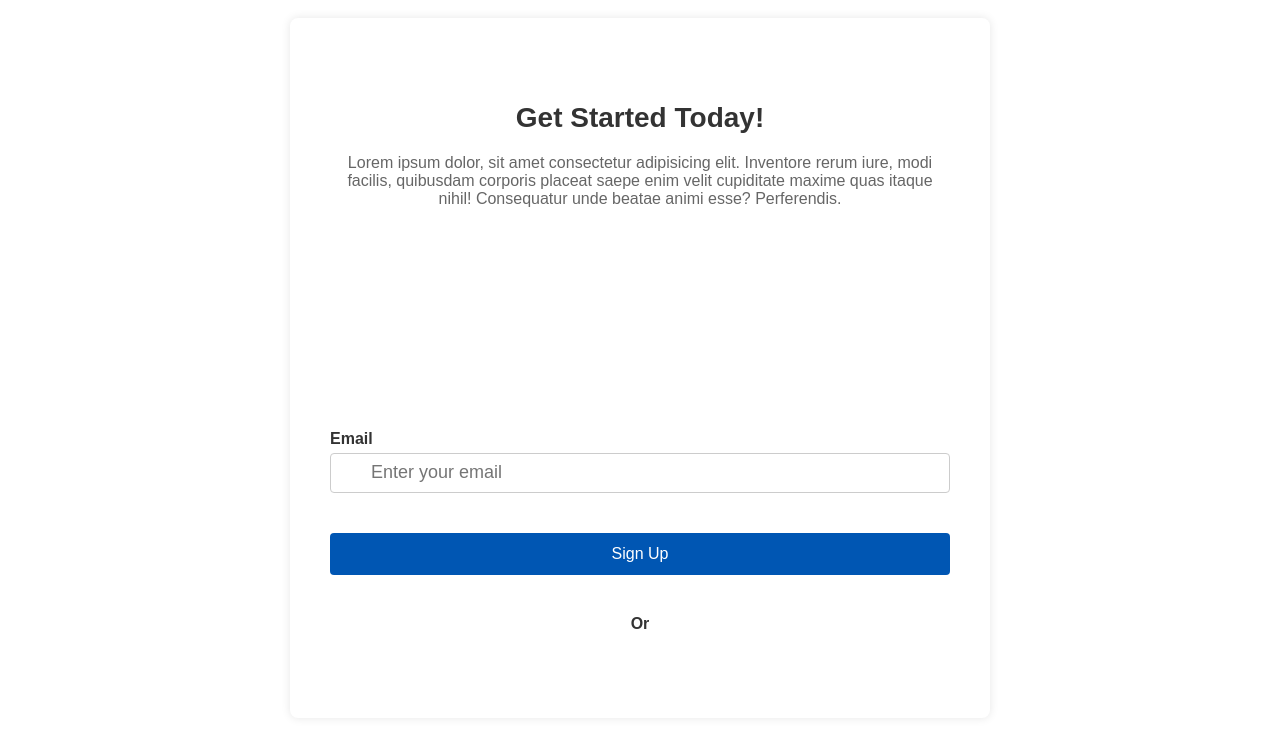
Repository: Femi007-gh/LOGIN-INTERFACE
Page: index.html
An editor plug-in stored every save of this project. The page is shown before and after a run of saves, followed by the edit.
The browser window is 1280 px wide. The pictures show the whole page.

Above is the page before, as saved 2025-01-21 06:53:27.

### index.html
<html>
  <head>
    <title></title>
    <link rel="stylesheet" href="style.css">
  </head>
  <body>
    <div class="container">
      <div class="left-session">
        <div class="form-container">
          <h1>Get Started Today!</h1>
          <p>Lorem ipsum dolor, sit amet consectetur adipisicing elit. Inventore rerum iure, modi facilis, quibusdam corporis placeat saepe enim velit cupiditate maxime quas itaque nihil! Consequatur unde beatae animi esse? Perferendis.</p>
          <form>
            <div class="inter-group">
              <p>Email</p>
              <input type="email" id="email" placeholder="Enter your email" class="email">
            </div>
           <button class="primary-btn" type="submit">
              Sign Up
            </button>
            </form>
            <p class="divider">Or</p>
            <div class="social-buttons">

      </div>
      <div class="right-section"></div>
    </div>
  </body>
</html>

### style.css
body {
  font-family: Arial, sans-serif;
  display: flex;
  justify-content: center;
  align-items: center;
  height: 100vh;
}

.container {
  display: flex;
  width: 700px;
  height: 700px;
  background-color: white;
  border-radius: 8px;
  box-shadow: 0 0 10px rgba(0, 0, 0, 0.1);
}

.left-session {
  flex: 1;
  padding: 40px;
  display: flex;
  flex-direction: column;
  justify-content: center;
}

.form-container {
  text-align: center;
}

h1 {
  font-size: 28px;
  margin-bottom: 20px;
  color: #333;
  position
}

p {
  margin-bottom: 222;
  color: #666;
}

.inter-group {
  margin: 20px 0;
  text-align: left;
}

.inter-group p {
  margin-bottom: 5px;
  font-weight: bold;
  color: #333;
}

.input-wrapper {
  position: relative;
}

input[type="email"], input[type="text"] {
  width: 620px;
  height: 40px;
  border: 1px solid #ccc;
  border-radius: 4px;
  margin-bottom: 20px;
  padding-left: 40px;
  font-size: 18px;
}

.email-icon, .app-icon {
  position: absolute;
  left: 10px;
  top: 50%;
  transform: translateY(-50%);
  width: 20px;
  height: 20px;
}

.primary-btn {
  background-color: #0056b3;
  color: white;
  border: none;
  padding: 12px 20px;
  border-radius: 4px;
  cursor: pointer;
  font-size: 16px;
  width: 100%;
  display: flex;
  align-items: center;
  justify-content: center;
  transition: background-color 0.3s ease;
  margin-bottom: 40px;
}

.primary-btn:hover {
  background-color: #004494;
}

.primary-btn .message-icon {
  margin-right: 10px;
  width: 20px;
  height: 20px;
}

.divider {
  text-align: center;
  font-weight: bold;
  margin: 20px 0;
  color: #333;
}

.social-buttons {
  display: flex;
  flex-direction: column;
  gap: 15px;
}

.social-buttons .input-wrapper {
  background-color: transparent;
}

.center-text {
  text-align: center;
  margin-top: 20px;
  color: #333;
}

.center-text a {
  color: #0056b3;
  text-decoration: none;
  font-weight: bold;
}

.center-text a:hover {
  text-decoration: underline;
}

After the next 3 saves:
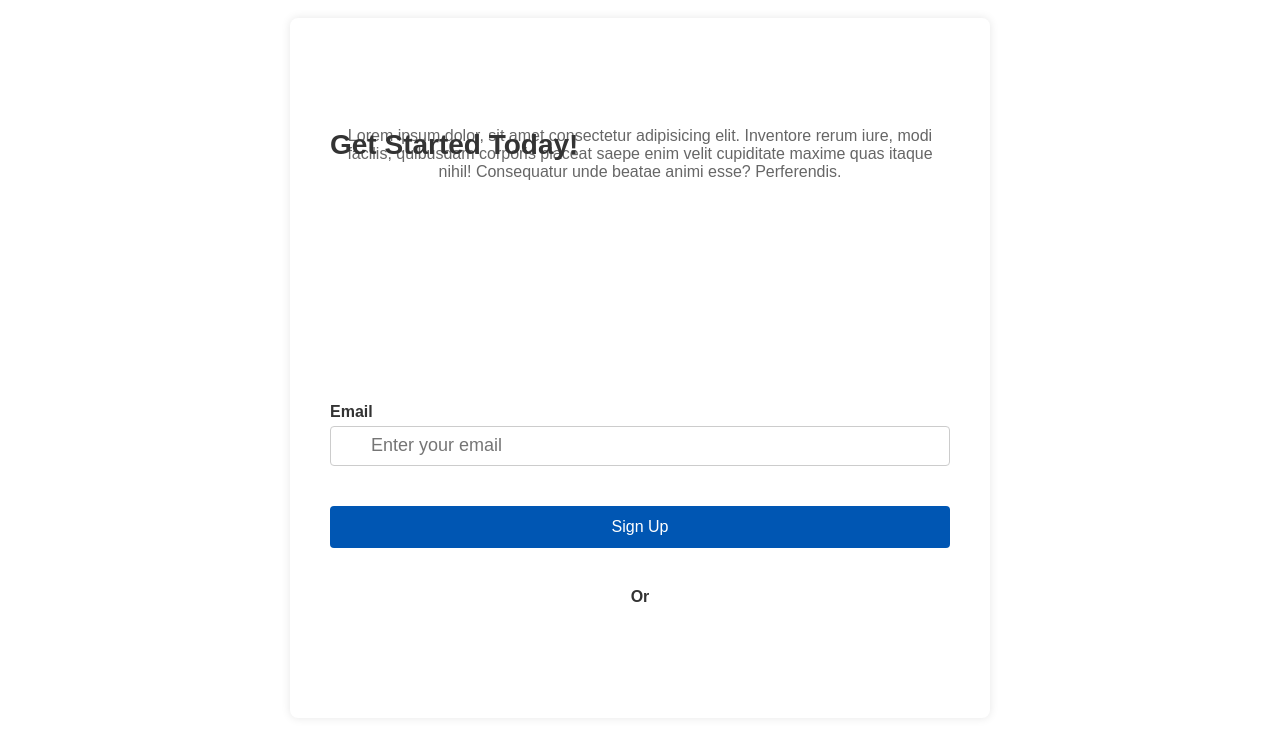
The 3 saves are shown as one change because they came seconds apart.
The last was saved 7 s later.
--- a/style.css
+++ b/style.css
@@ -31,7 +31,7 @@ h1 {
   font-size: 28px;
   margin-bottom: 20px;
   color: #333;
-  position
+  position: fixed;
 }
 
 p {
